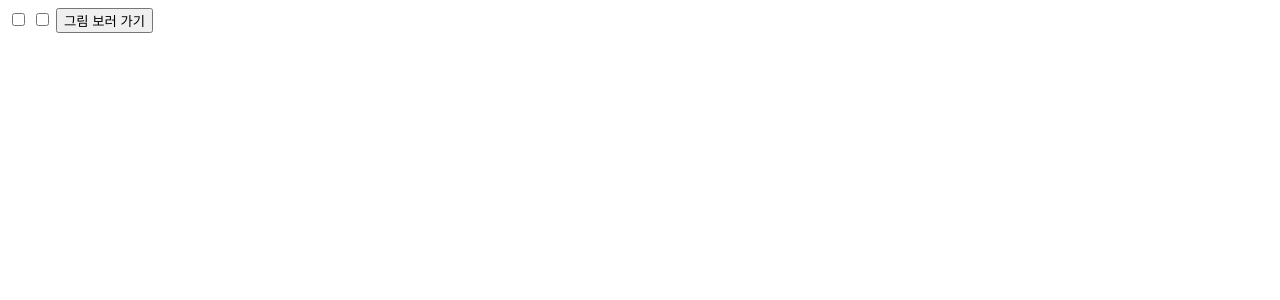
Repository: gowjd4419/jsp
Page: http://localhost/JSPBasic/jspobject/request/req_photo.jsp
The author's editor kept a copy of each file at every save. The page is drawn from the files as they stood at one save, then again after the next save.
The browser window is 1280 px wide. The pictures show the whole page.
The page is served by Tomcat 9.

Above is the page before, as saved 2022-03-25 12:01:15.

### JSPBasic/src/main/webapp/jspobject/request/req_photo.jsp
<%@ page language="java" contentType="text/html; charset=UTF-8"
    pageEncoding="UTF-8"%>
<!DOCTYPE html>
<html>
<head>
<meta charset="UTF-8">
<title>Insert title here</title>
</head>
<body>
    <%--아래에 폼을 만들기
    목적지는 req_photo_result.jsp
    테이블을 이용해 사진 제목, 체크박스를 만들고
    아래에 제출 버튼은 "그림 보러 가기" 로 적고
    해당 버튼을 눌렀을때 req_photo_result에 어떤 그림을 선택했는지
    체크박스로 구분하고 구분한 그림에 맞는 사진이 결과페이지에 나오도록
    if~else문을 구성해보기
    그림파일은 <img src="파일명(01.pang나 02.pang)">을 이용해 출력가능
    --%>
    <!-- 1. 1번 그림을 선택했는지 2번 그림을 선택했는지 확인만 할 수 있도록 체크박스를 만들고 결과페이지에 나오게한다.
         2. if~else문을 이용해서 1번을 골랐다면 1번 그림을 골랐습니다. 2번을 골랐다면 2번 그림을 골랐습니다 라고 나오게 한다.
         3. img태그를 이용해 글 대신 그림이 나오게 처리한다. -->
    <form action=http://localhost:8181/JSPBasic/jspobject/request/req_photo_result.jsp >
    <input type = "checkbox" name="box1" value="box1">
    <input type = "checkbox" name="box2" value="box2">
    <input type="submit" value="그림 보러 가기">
    </form>
</body>
</html>

After the next save:
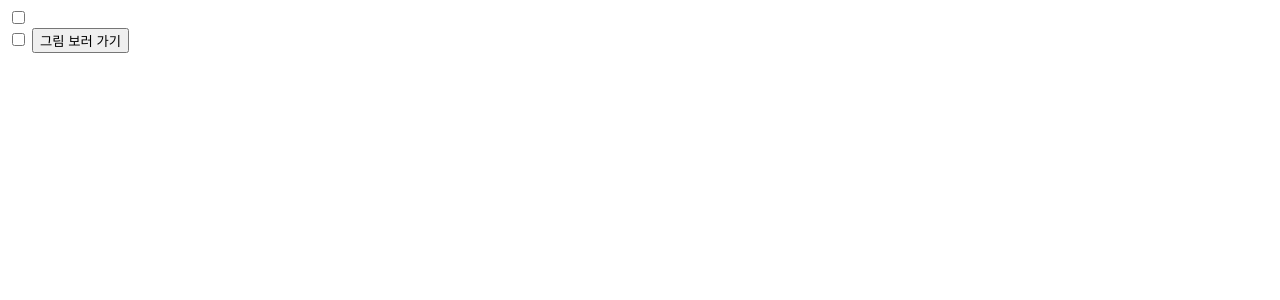
Saved 16 s later.
--- a/JSPBasic/src/main/webapp/jspobject/request/req_photo.jsp
+++ b/JSPBasic/src/main/webapp/jspobject/request/req_photo.jsp
@@ -20,7 +20,7 @@
          2. if~else문을 이용해서 1번을 골랐다면 1번 그림을 골랐습니다. 2번을 골랐다면 2번 그림을 골랐습니다 라고 나오게 한다.
          3. img태그를 이용해 글 대신 그림이 나오게 처리한다. -->
     <form action=http://localhost:8181/JSPBasic/jspobject/request/req_photo_result.jsp >
-    <input type = "checkbox" name="box1" value="box1">
+    <input type = "checkbox" name="box1" value="box1"><br>
     <input type = "checkbox" name="box2" value="box2">
     <input type="submit" value="그림 보러 가기">
     </form>
